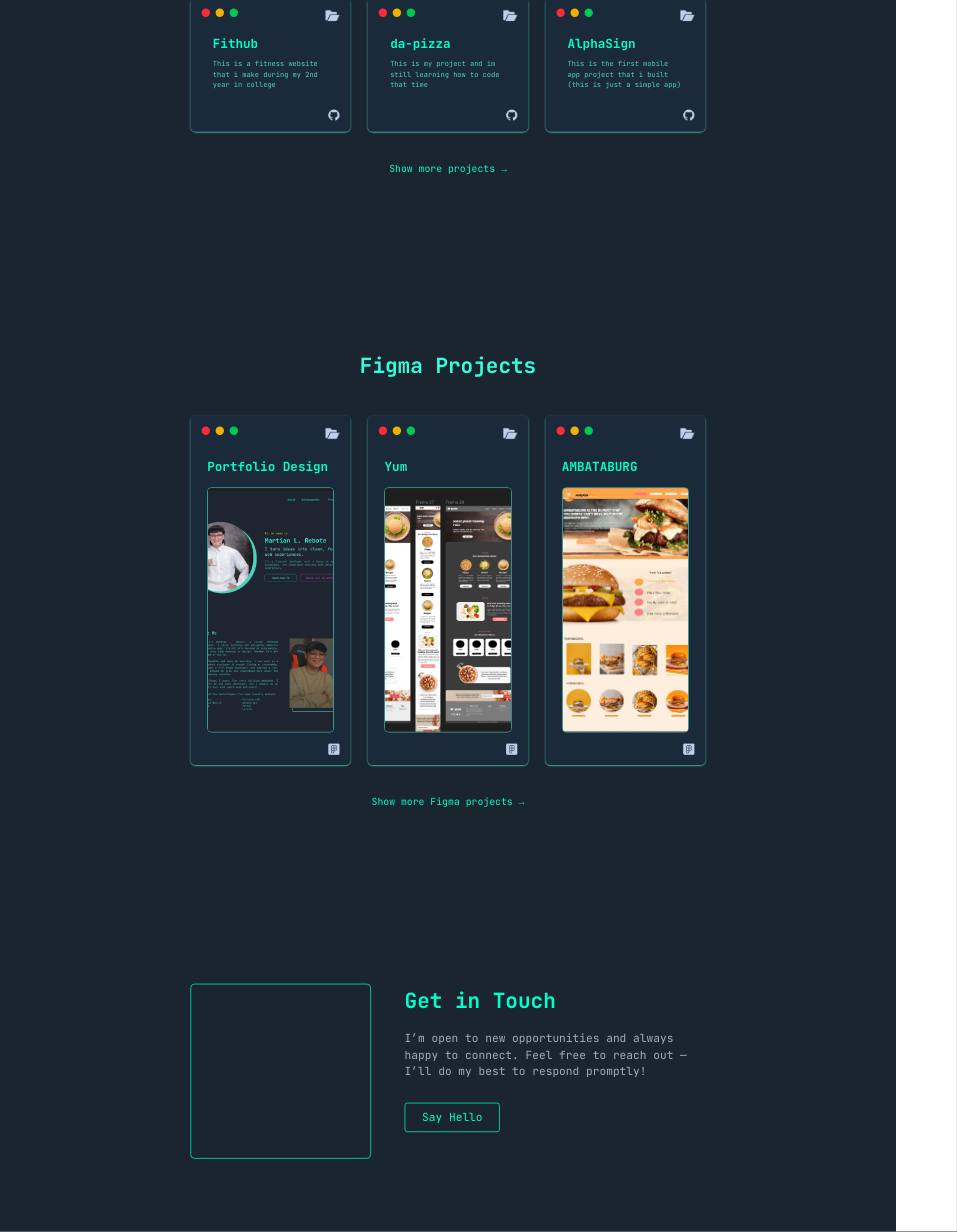
Repository: m4rsu-code/Portfolio
Page: / (app in my-portfolio/)
An editor plug-in stored every save of this project. The page is shown before and after the next save, followed by the edit.
The browser window is 1280 px wide. The page is 1367 px wide, so the pictures cover 1367 px, including what lies to the right of the window. The pictures show the part of the page from y = 3195 to 4955 px (the page is 4955 px tall), at 70% of full size.
The project was rebuilt for these pictures with package versions that can differ from the ones it lists, and the page was loaded fresh each time. Also part of the build but not shown: my-portfolio/vite.config.js, my-portfolio/src/assets/components/Modal/AchievementModal.jsx, my-portfolio/src/AchievementsPage.jsx, my-portfolio/src/ProjectPage.jsx, my-portfolio/src/FigmaProjectsPage.jsx.

Above is the page before, as saved 2025-08-04 18:16:15.

After the next save:
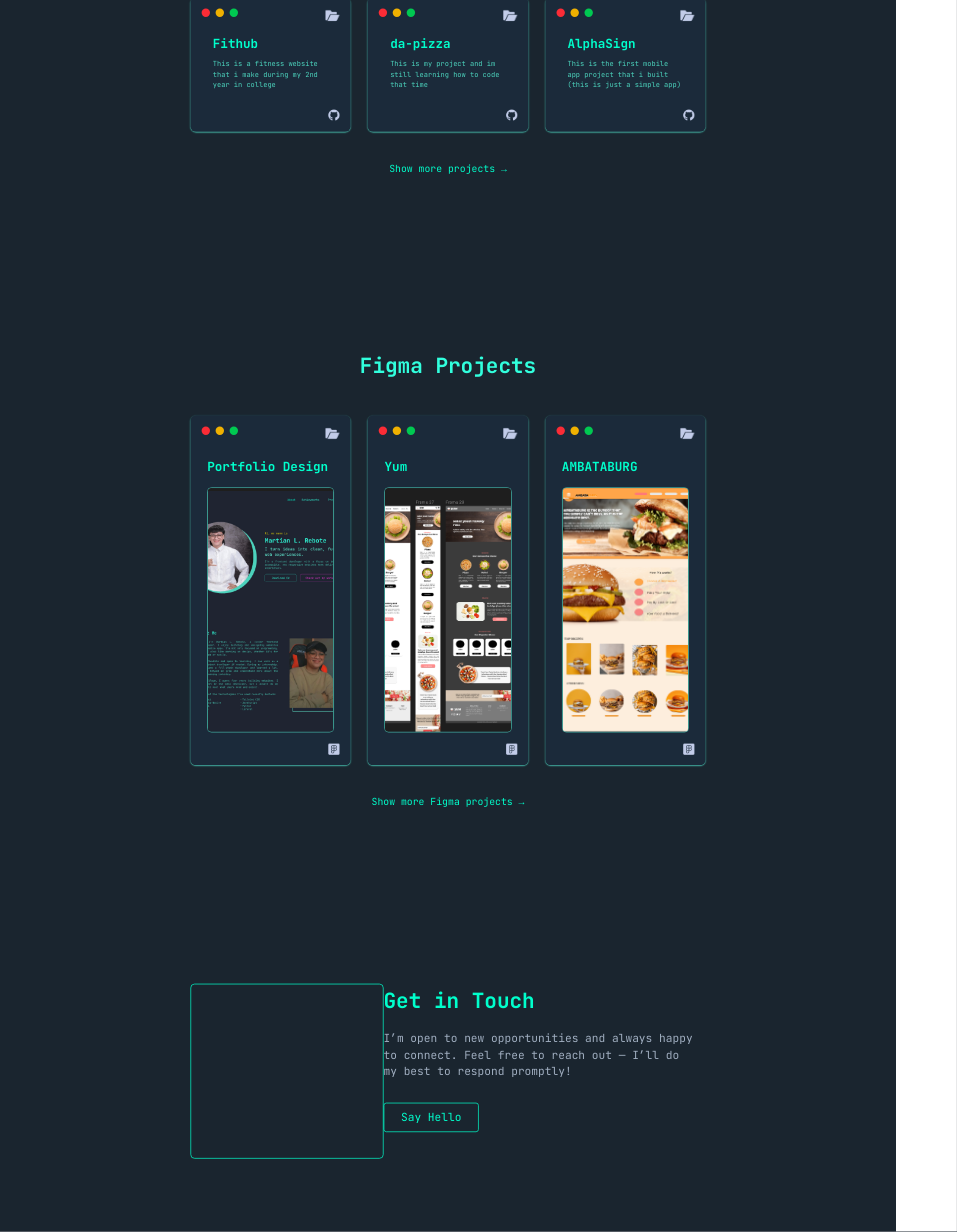
Saved 22 s later.
--- a/my-portfolio/src/App.jsx
+++ b/my-portfolio/src/App.jsx
@@ -333,7 +333,7 @@
 
         {/* Contact section */}
         <div className="flex flex-col mt-30 px-8 py-16 font-jetbrains-mono">
-          <div className="flex flex-col md:flex-row items-center justify-center gap-12 max-w-6xl w-full">
+          <div className="flex flex-col md:flex-row items-center justify-center w-full">
 
             {/* Left side — the outlined box */}
             <div className="border border-[#00FFCC] md:w-[440px] md:h-[250px] rounded-md"></div>

After the 3 saves that followed:
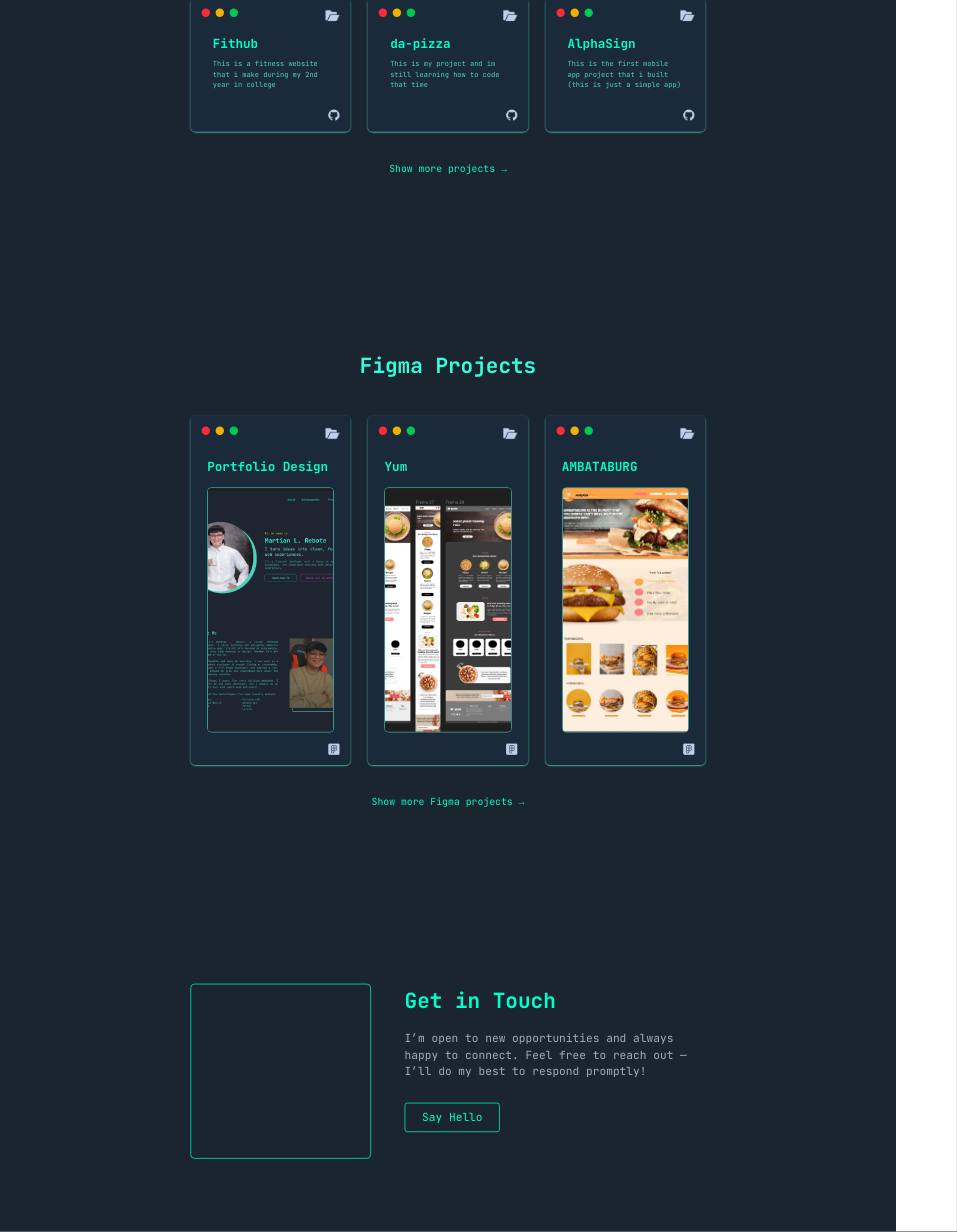
The 3 saves are shown as one change because 1 left the picture as it was and some came seconds apart.
The last was saved 18 s later.
--- a/my-portfolio/src/App.jsx
+++ b/my-portfolio/src/App.jsx
@@ -333,7 +333,7 @@
 
         {/* Contact section */}
         <div className="flex flex-col mt-30 px-8 py-16 font-jetbrains-mono">
-          <div className="flex flex-col md:flex-row items-center justify-center w-full">
+          <div className="flex  items-center justify-center gap-12 max-w-6xl w-full">
 
             {/* Left side — the outlined box */}
             <div className="border border-[#00FFCC] md:w-[440px] md:h-[250px] rounded-md"></div>
